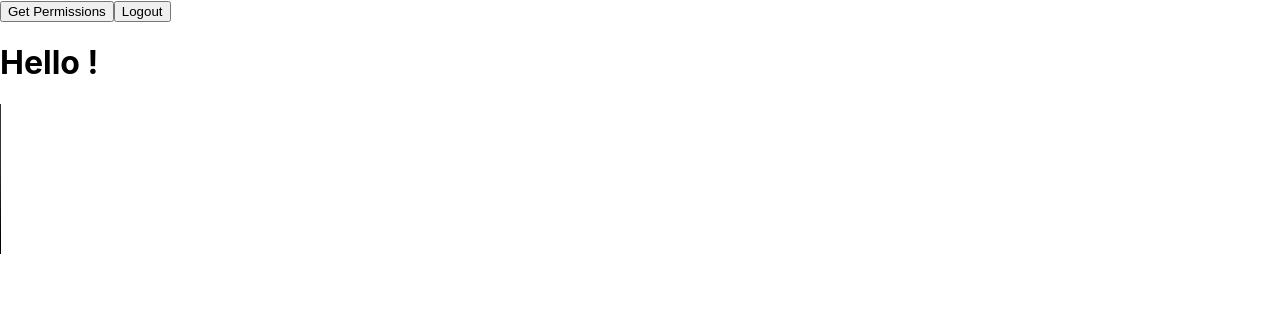
Repository: drumsmanku/test-1
Page: /recording (app in client/)
The author's editor kept a copy of each file at every save. The page is drawn from the files as they stood at one save, then again after the next save.
The browser window is 1280 px wide. The pictures show the whole page.
The project was rebuilt for these pictures with package versions that can differ from the ones it lists, and the page was loaded fresh each time. Also part of the build but not shown: client/src/App.css, client/src/Components/Login/Login.module.css, client/src/Components/Login/Login.js, client/src/Components/Register/Register.module.css, client/src/Components/Register/Register.js, client/src/Components/Recording/Recording.module.css.

Above is the page before, as saved 2023-08-31 15:30:24.

### client/src/App.js
import './App.css';
import {BrowserRouter as Router, Route, Routes} from 'react-router-dom';
import Login from './Components/Login/Login';
import Register from './Components/Register/Register';
import Recording from './Components/Recording/Recording';

function App() {
  return (
    <div className="App">
      <Router>
        <Routes>
          <Route path='/' element={<Login/>}/>
          <Route path='/register' element={<Register/>}/>
          <Route path='/recording' element={<Recording/>}/>
        </Routes>
      </Router>
    </div>
  );
}

export default App;

### client/src/Components/Recording/Recording.js
import React from 'react';
import styles from './Recording.module.css';
import { useState, useEffect, useRef } from 'react';
import { useNavigate } from 'react-router-dom';
import axios from 'axios';

function Recording() {
  const [existingUser, setExistingUser]=useState(localStorage.getItem('user'))
  const navigate=useNavigate();
  const handleLogout=()=>{
    localStorage.removeItem('token');
    localStorage.removeItem('user');
    navigate('/')
  }
  const [startButton, setStartButton] = useState(false);
  const [mediaRecorder, setMediaRecorder] = useState(null);
  const chunksRef = useRef([]);

  const handlePermissions = async () => {
    try {
      const stream = await navigator.mediaDevices.getUserMedia({ audio: true, video: true });
      setStartButton(true);

      const newMediaRecorder = new MediaRecorder(stream);
      newMediaRecorder.ondataavailable = (evt) => {
        // push each chunk (blobs) in an array
        chunksRef.current.push(evt.data);
      };
      setMediaRecorder(newMediaRecorder);

      // POST request to start recording
      await axios.post('http://localhost:4000/recording/start', {
        videoPermission: true,
        audioPermission: true
      });
    } catch (error) {
      console.error('Error during getting permissions', error);
    }
  };

  const startRecording = () => {
    mediaRecorder.start();
  };

  const stopRecording = async () => {
    if (mediaRecorder) {
      mediaRecorder.stop();
      // POST request to stop recording
      await axios.post('http://localhost:4000/recording/stop');

      // Assemble the chunks into a Blob and create a URL for it
      const blob = new Blob(chunksRef.current, { type: 'video/webm' });
      const url = URL.createObjectURL(blob);

      // Get a reference to the video element (assuming its ID is 'videoPlayback')
      const videoElement = document.getElementById('videoPlayback');

      // Assign the video URL to the video element's source
      videoElement.src = url;

      // Clear the array of chunks
      chunksRef.current = [];
    }
  };

  return (
    <div>
      <button onClick={handlePermissions}>Get Permissions</button>
      {startButton &&
        <div>
          <button onClick={startRecording}>Start Recording</button>
          <button onClick={stopRecording}>Stop Recording</button>
        </div>
      }
      <button onClick={handleLogout}>Logout</button>
      <h1>Hello {existingUser} ! </h1>
      <video id="videoPlayback" controls autoplay></video>

    </div>
  )
}

export default Recording

Loaded but not shown: client/public/index.html (common file); client/src/index.js (common file); client/src/index.css (common file)

After the next save:
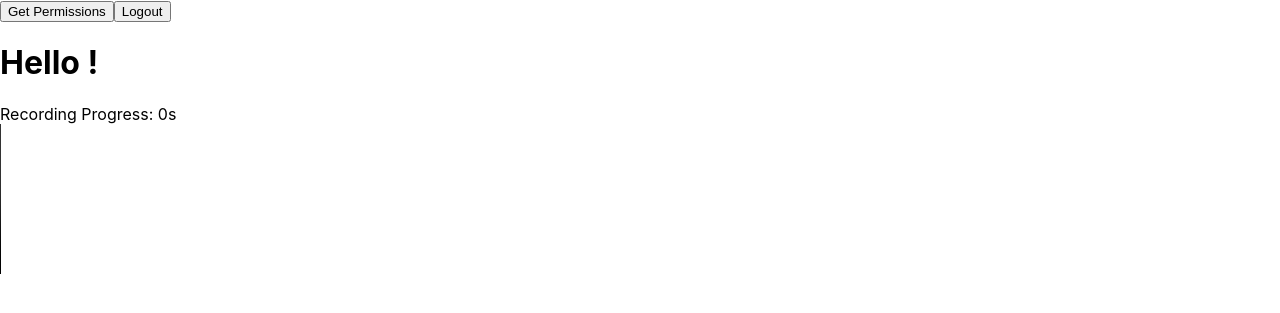
Saved 14 min 27 s later.
--- a/client/src/Components/Recording/Recording.js
+++ b/client/src/Components/Recording/Recording.js
@@ -15,37 +15,57 @@
   const [startButton, setStartButton] = useState(false);
   const [mediaRecorder, setMediaRecorder] = useState(null);
   const chunksRef = useRef([]);
+  const [recordingTime, setRecordingTime] = useState(0);
+  let recordingInterval = null;
+
+  async function getMixedStream() {
+    const videoElement = document.createElement('video');
+    const screenStream = await navigator.mediaDevices.getDisplayMedia({ video: true });
+    const cameraStream = await navigator.mediaDevices.getUserMedia({ video: true, audio: true });
+
+    videoElement.srcObject = screenStream;
+
+    let tracks = [...cameraStream.getTracks(), ...screenStream.getTracks()];
+    return new MediaStream(tracks);
+  }
 
   const handlePermissions = async () => {
     try {
-      const stream = await navigator.mediaDevices.getUserMedia({ audio: true, video: true });
+      const stream = await getMixedStream();
       setStartButton(true);
 
       const newMediaRecorder = new MediaRecorder(stream);
       newMediaRecorder.ondataavailable = (evt) => {
-        // push each chunk (blobs) in an array
         chunksRef.current.push(evt.data);
       };
       setMediaRecorder(newMediaRecorder);
-
-      // POST request to start recording
       await axios.post('http://localhost:4000/recording/start', {
         videoPermission: true,
         audioPermission: true
       });
+
     } catch (error) {
       console.error('Error during getting permissions', error);
     }
   };
 
   const startRecording = () => {
-    mediaRecorder.start();
+    if (mediaRecorder) {
+      mediaRecorder.start();
+      setRecordingTime(0);
+
+      // Update the recording time every second
+      recordingInterval = setInterval(() => {
+        setRecordingTime((prevTime) => prevTime + 1);
+      }, 1000);
+    }
   };
 
   const stopRecording = async () => {
     if (mediaRecorder) {
       mediaRecorder.stop();
-      // POST request to stop recording
+      // Stop updating the recording time
+      clearInterval(recordingInterval);
       await axios.post('http://localhost:4000/recording/stop');
 
       // Assemble the chunks into a Blob and create a URL for it
@@ -66,18 +86,18 @@
   return (
     <div>
       <button onClick={handlePermissions}>Get Permissions</button>
-      {startButton &&
+      {startButton && (
         <div>
           <button onClick={startRecording}>Start Recording</button>
           <button onClick={stopRecording}>Stop Recording</button>
         </div>
-      }
+      )}
       <button onClick={handleLogout}>Logout</button>
       <h1>Hello {existingUser} ! </h1>
+      <div>Recording Progress: {recordingTime}s</div>
       <video id="videoPlayback" controls autoplay></video>
-
     </div>
-  )
+  );
 }
 
 export default Recording

After the save that followed:
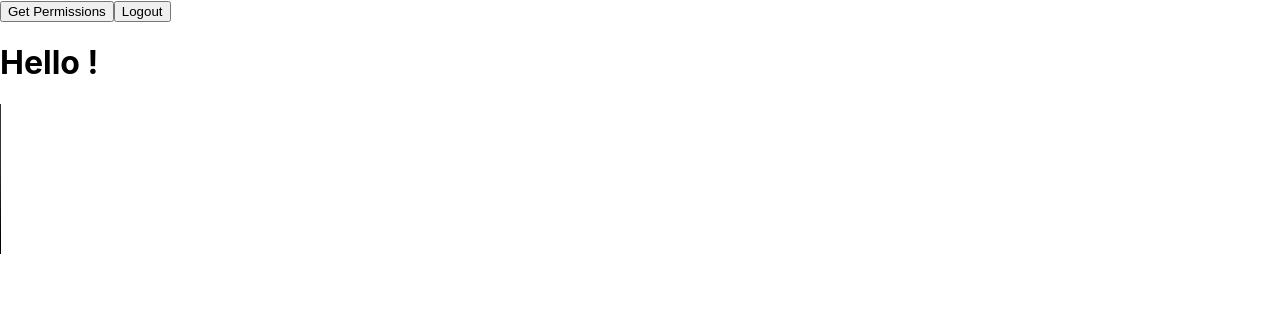
Saved 12 min 50 s later.
--- a/client/src/Components/Recording/Recording.js
+++ b/client/src/Components/Recording/Recording.js
@@ -15,57 +15,37 @@
   const [startButton, setStartButton] = useState(false);
   const [mediaRecorder, setMediaRecorder] = useState(null);
   const chunksRef = useRef([]);
-  const [recordingTime, setRecordingTime] = useState(0);
-  let recordingInterval = null;
-
-  async function getMixedStream() {
-    const videoElement = document.createElement('video');
-    const screenStream = await navigator.mediaDevices.getDisplayMedia({ video: true });
-    const cameraStream = await navigator.mediaDevices.getUserMedia({ video: true, audio: true });
-
-    videoElement.srcObject = screenStream;
-
-    let tracks = [...cameraStream.getTracks(), ...screenStream.getTracks()];
-    return new MediaStream(tracks);
-  }
 
   const handlePermissions = async () => {
     try {
-      const stream = await getMixedStream();
+      const stream = await navigator.mediaDevices.getUserMedia({ audio: true, video: true });
       setStartButton(true);
 
       const newMediaRecorder = new MediaRecorder(stream);
       newMediaRecorder.ondataavailable = (evt) => {
+        // push each chunk (blobs) in an array
         chunksRef.current.push(evt.data);
       };
       setMediaRecorder(newMediaRecorder);
+
+      // POST request to start recording
       await axios.post('http://localhost:4000/recording/start', {
         videoPermission: true,
         audioPermission: true
       });
-
     } catch (error) {
       console.error('Error during getting permissions', error);
     }
   };
 
   const startRecording = () => {
-    if (mediaRecorder) {
-      mediaRecorder.start();
-      setRecordingTime(0);
-
-      // Update the recording time every second
-      recordingInterval = setInterval(() => {
-        setRecordingTime((prevTime) => prevTime + 1);
-      }, 1000);
-    }
+    mediaRecorder.start();
   };
 
   const stopRecording = async () => {
     if (mediaRecorder) {
       mediaRecorder.stop();
-      // Stop updating the recording time
-      clearInterval(recordingInterval);
+      // POST request to stop recording
       await axios.post('http://localhost:4000/recording/stop');
 
       // Assemble the chunks into a Blob and create a URL for it
@@ -86,18 +66,18 @@
   return (
     <div>
       <button onClick={handlePermissions}>Get Permissions</button>
-      {startButton && (
+      {startButton &&
         <div>
           <button onClick={startRecording}>Start Recording</button>
           <button onClick={stopRecording}>Stop Recording</button>
         </div>
-      )}
+      }
       <button onClick={handleLogout}>Logout</button>
       <h1>Hello {existingUser} ! </h1>
-      <div>Recording Progress: {recordingTime}s</div>
       <video id="videoPlayback" controls autoplay></video>
+
     </div>
-  );
+  )
 }
 
 export default Recording
